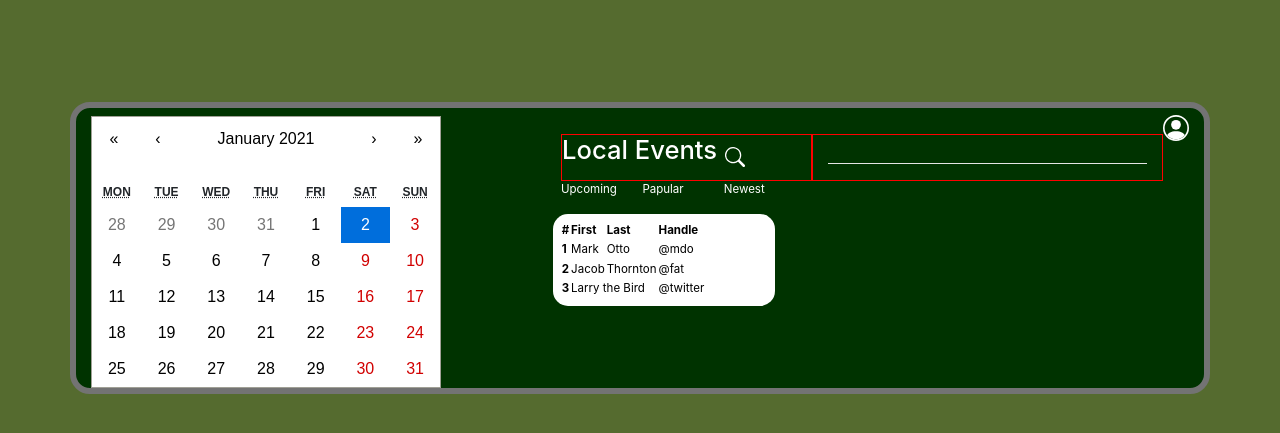
Repository: lalji-yadav/Calendar-code
Page: /
The author's editor kept a copy of each file at every save. The page is drawn from the files as they stood at one save, then again after the next save.
The browser window is 1280 px wide. The pictures show the whole page.
The project was rebuilt for these pictures with package versions that can differ from the ones it lists, and the page was loaded fresh each time. Also part of the build but not shown: src/App.css.

Above is the page before, as saved 2021-01-04 10:38:29.

### src/App.js
import logo from './logo.svg';
import './App.css';
import MyApp from './calendar/calendar'
import Home from "./calendar/Home";

function App() {
  return (
    <div>
      <header>

        <Home />

      </header>
    </div>
  );
}

export default App;

### src/calendar/calendar.js
import React, { useState } from 'react';
import 'react-calendar/dist/Calendar.css';
import Calendar from 'react-calendar';

function MyApp() {
  const [value, onChange] = useState(new Date());

  return (
    <div>
      <Calendar
        onChange={onChange}
        value={value}
      />
    </div>
  );
}

export default MyApp;

### src/calendar/Home.js
import React from 'react';
import "./Home.css";
import MyApp from "./calendar";

function Home() {

  return (
    <div className="main">
      <div className='container'>
        <div className="row">
          <div className="col-sm-5 calendar">
             <MyApp />
          </div>
          <div className="col-sm-7">

            <div style={{float:"right", paddingTop:"1%"}}>
            <svg xmlns="http://www.w3.org/2000/svg" width="26" height="26" fill="white" class="bi bi-person-circle" viewBox="0 0 16 16">
            <path d="M13.468 12.37C12.758 11.226 11.195 10 8 10s-4.757 1.225-5.468 2.37A6.987 6.987 0 0 0 8 15a6.987 6.987 0 0 0 5.468-2.63z"/>
             <path fill-rule="evenodd" d="M8 9a3 3 0 1 0 0-6 3 3 0 0 0 0 6z"/>
             <path fill-rule="evenodd" d="M8 1a7 7 0 1 0 0 14A7 7 0 0 0 8 1zM0 8a8 8 0 1 1 16 0A8 8 0 0 1 0 8z"/>
            </svg>
            </div>

            <div className="row" style={{paddingTop:"4%"}}>
               <div className="col-sm-5" style={{border:"1px solid red"}}>
                 <div className="row">
                 <h1 style={{color:"white", fontSize:"2vw"}}>Local Events </h1>
               <svg  style={{margin:"5% 0% 0% 3%"}} xmlns="http://www.w3.org/2000/svg" width="20" height="20" fill="white" class="bi bi-search" viewBox="0 0 16 16">
               <path d="M11.742 10.344a6.5 6.5 0 1 0-1.397 1.398h-.001c.03.04.062.078.098.115l3.85 3.85a1 1 0 0 0 1.415-1.414l-3.85-3.85a1.007 1.007 0 0 0-.115-.1zM12 6.5a5.5 5.5 0 1 1-11 0 5.5 5.5 0 0 1 11 0z"/>
               </svg>
                 </div>
               </div>
               <div className="col-sm-7" style={{border:"1px solid red", paddingTop:"3%"}}>
               <hr style={{marginTop:"10px"}} />

               </div>

            </div>

            <div className="row">
          <div className="col-sm-5 row" style={{color:"white", fontSize:"0.9vw"}}>
            <div className="col-sm-4">
             <p>Upcoming</p>
            </div>
            <div className="col-sm-4">
              <p>Papular</p>
            </div>
            <div className="col-sm-4">
              <p>Newest</p>
            </div>

             {/* Carosal design  */}

             <div className="tablebox">
                <table>
                    <thead>
                      <tr>
                        <th scope="col">#</th>
                        <th scope="col">First</th>
                        <th scope="col">Last</th>
                        <th scope="col">Handle</th>
                      </tr>
                    </thead>
                    <tbody>
                      <tr>
                        <th scope="row">1</th>
                        <td>Mark</td>
                        <td>Otto</td>
                        <td>@mdo</td>
                      </tr>
                      <tr>
                        <th scope="row">2</th>
                        <td>Jacob</td>
                        <td>Thornton</td>
                        <td>@fat</td>
                      </tr>
                      <tr>
                        <th scope="row">3</th>
                        <td colspan="2">Larry the Bird</td>
                        <td>@twitter</td>
                      </tr>
                    </tbody>
                  </table>
             </div>

          </div>

        </div>

          </div>

        </div>

      </div>

    </div>
  );
}
export default Home;

### src/calendar/Home.css
.main {
    width: 100%;
    height: 100%;
    position: absolute;
    /* padding: 10% 5% 10% 5%; */
    background-color: darkolivegreen;
}
.container {
    width: 80%;
    /* height: 70%; */
    margin: 8% 10% 8% 10%;
    background-color: #003300;
    border: 6px solid #737373;
    border-radius: 20px;
}
.calendar {
    /* border: 2px solid red; */
    margin-top: 8px;
}
hr {
    color: white;
    width: 100%;
    margin-top: 5em;
    background-color: white;
}
.tablebox {
    margin: 0% 0% 0% 3%;
    padding: 3%;
    width: 91%;
    border-radius: 15px;
    color: black;
    background-color: white;
}

Loaded but not shown: public/index.html (common file); src/index.js (common file); src/index.css (common file); src/reportWebVitals.js (common file)

After the next save:
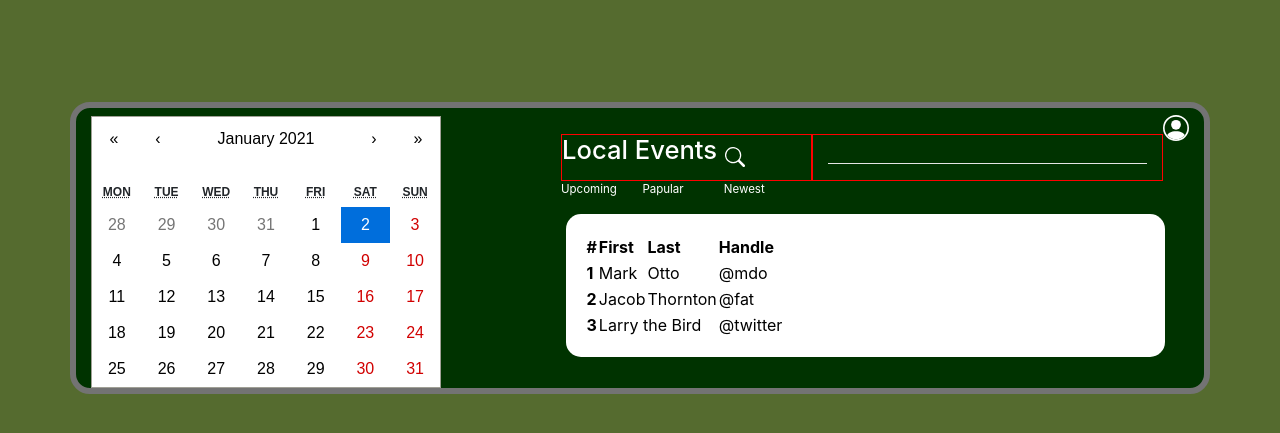
Saved 83 s later.
--- a/src/calendar/Home.js
+++ b/src/calendar/Home.js
@@ -50,8 +50,9 @@
             </div>
 
              {/* Carosal design  */}
+          </div>
 
-             <div className="tablebox">
+          <div className="tablebox">
                 <table>
                     <thead>
                       <tr>
@@ -83,8 +84,6 @@
                   </table>
              </div>
 
-          </div>
-
         </div>
 
           </div>
